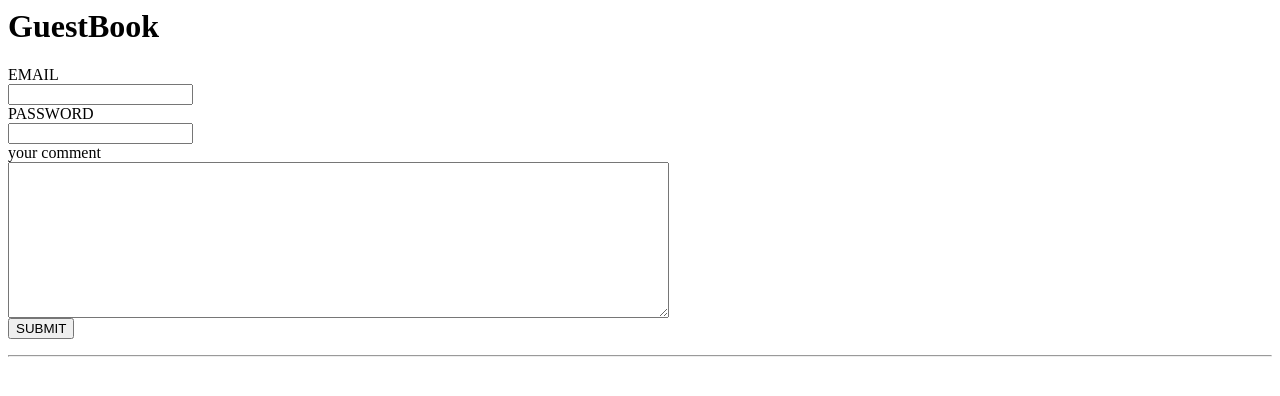
Repository: hibbah/BaseCamp
Page: http://localhost/GuestBook/guest/list
The author's editor kept a copy of each file at every save. The page is drawn from the files as they stood at one save, then again after the next save.
The browser window is 1280 px wide. The pictures show the whole page.
The page is served by Tomcat 9. Queries for data that is not in the repository find no rows.

Above is the page before, as saved 2015-12-31 11:42:33.

After the next save:
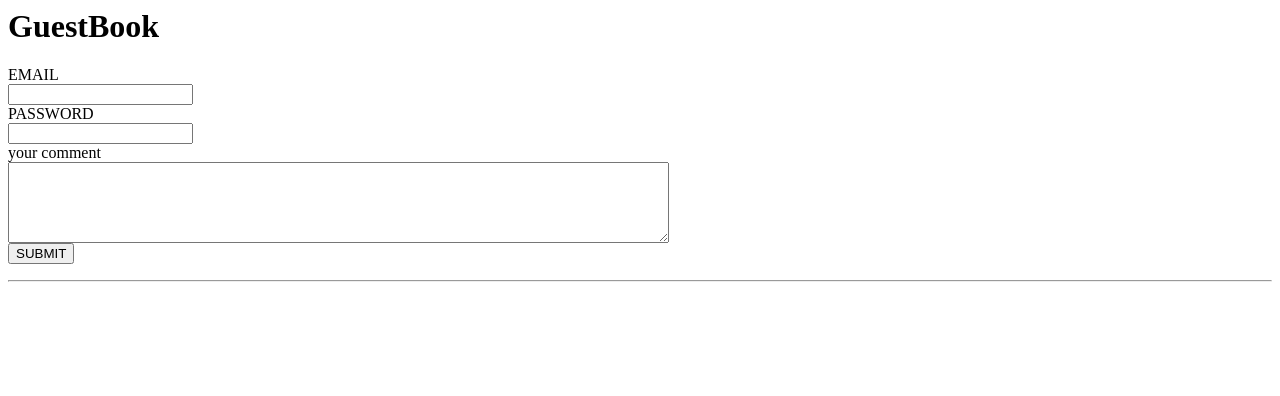
Saved 4 min 28 s later.
--- a/workspace/GuestBook/src/servlets/ListServlet.java
+++ b/workspace/GuestBook/src/servlets/ListServlet.java
@@ -73,7 +73,7 @@ public class ListServlet extends HttpServlet {
 			out.println("PASSWORD<br>");
 			out.println("<input type='password' name='pwd' required><br>");
 			out.println("your comment<br>");
-			out.println("<textarea name='content' cols='80' rows='10'></textarea><br>");
+			out.println("<textarea name='content' cols='80' rows='5'></textarea><br>");
 			out.println("<input type='submit' value='SUBMIT'>");
 			out.println("</form></p>");
 			out.println("<hr><br>");
